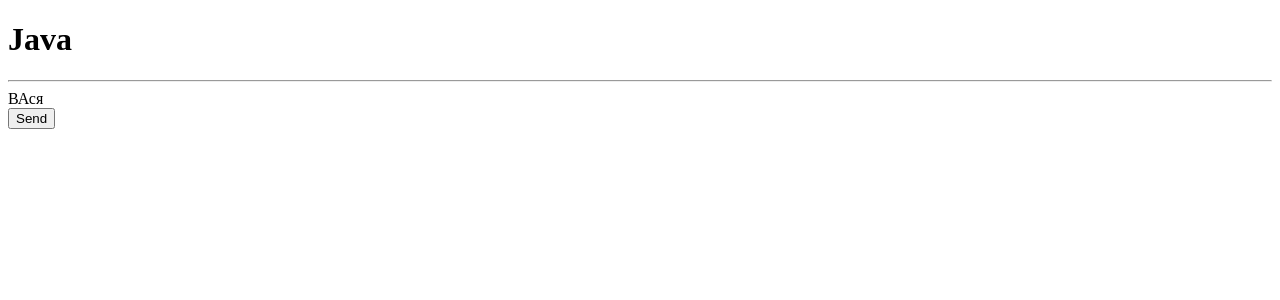
Repository: vadhub/JSP-Service
Page: http://localhost/JSPage/
These files come from the project's save history. The page is drawn as it stood at one moment and after the next save; the edit follows.
The browser window is 1280 px wide. The pictures show the whole page.
The page is served by Tomcat 9.

Above is the page before, as saved 2019-07-21 03:47:36.

After the next save:
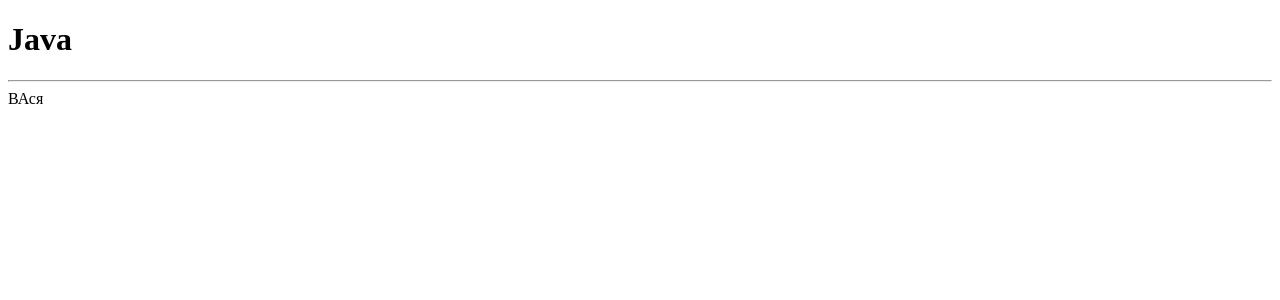
Saved 77 s later.
--- a/JSPage/WebContent/index.jsp
+++ b/JSPage/WebContent/index.jsp
@@ -10,8 +10,10 @@
 
 <hr/>
 <%= "ВАся"%>
-<form action="Servleter">
+
+<%!String answers[] = {"Да", "Нет", "Возможно"}; %>
+<!--<form action="Servleter">
 	<input type ="submit" value="Send"/>
-</form>
+</form>-->
 </body>
 </html>
